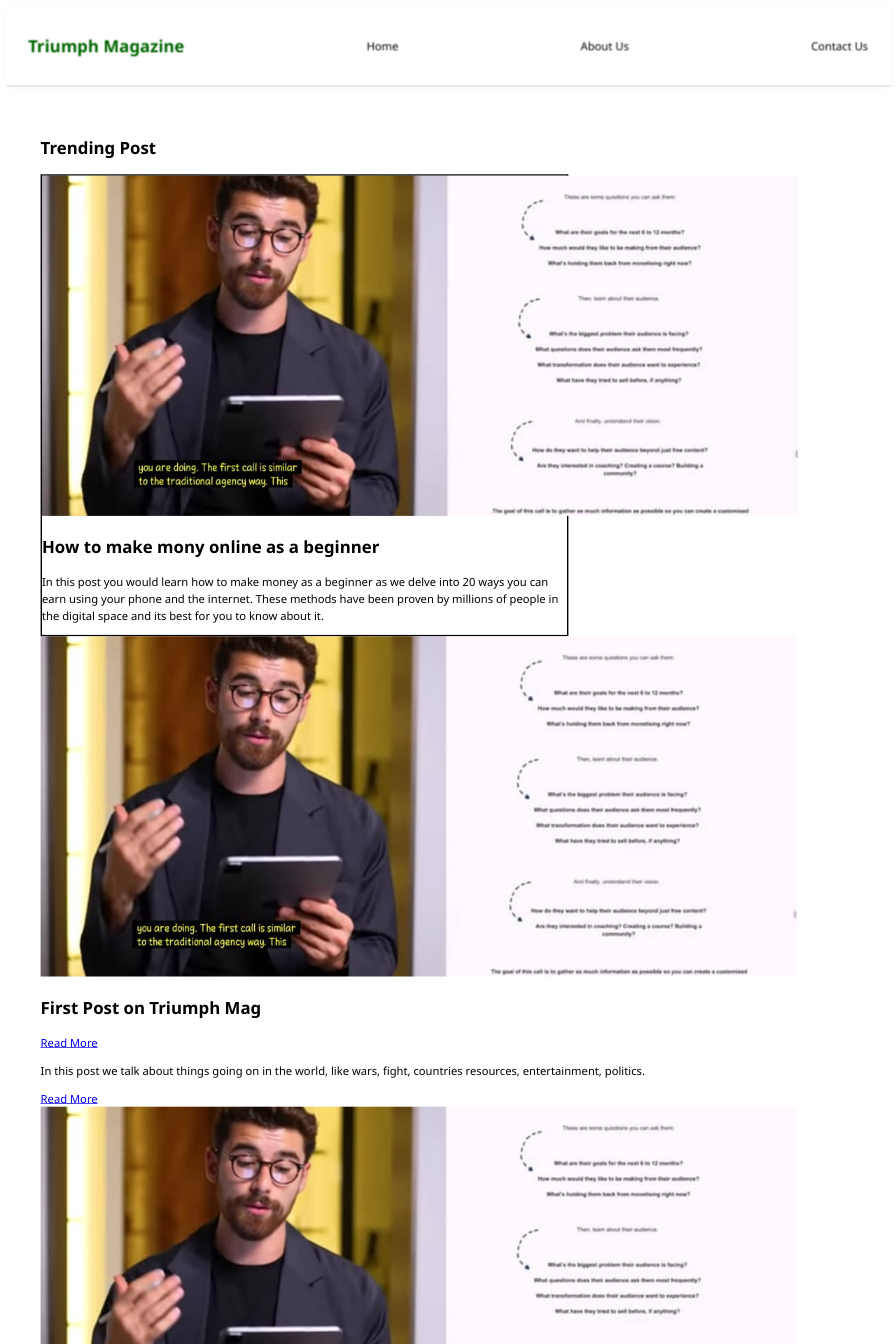
Repository: zikcolle/Triumph-Blog
Page: index.html
The author's editor kept a copy of each file at every save. The page is drawn from the files as they stood at one save, then again after the next save.
The browser window is 1280 px wide. The pictures show the part of the page from y = 0 to 1920 px (the page is 5573 px tall before and 5493 px after), at 70% of full size.

Above is the page before, as saved 2026-06-20 15:38:41.

### index.html
<!DOCTYPE html>
<html lang="en">

<head>
    <meta charset="UTF-8">
    <meta name="viewport" content="width=device-width, initial-scale=1.0">
    <title>Triumph Magazine</title>
    <link rel="stylesheet" href="styles.css">
</head>

<body>
    <header>
        <h2>Triumph Magazine</h2>
            <a href="#">Home</a></li>
            <a href="/about-us">About Us</a>
            <a href="/contact-us">Contact Us</a>
    </header>

    <main>
        <section>
            <div>
                <h2 class="label-post">Trending Post</h2>
            </div>
            <div class="feat-post">
                <img src="simage\postiman.jpeg">
                <h1>How to make mony online as a beginner</h1>
                <p>In this post you would learn how to make money as a beginner as we delve into 20 ways you can earn
                    using your phone and the internet. These methods have been proven by millions of people in the
                    digital space and its best for you to know about it.</p>
            </div>
        </section>

        <section class="post-grid">
            <div class="blog-post">
                <img src="simage\postiman.jpeg">
                <h1>First Post on Triumph Mag</h1><a href="#" class="read-more">Read More</a>
                <p>In this post we talk about things going on in the world, like wars, fight, countries resources,
                    entertainment, politics.</p>
                <a href="#" class="read-more">Read More</a>
            </div>

            <div class="blog-post">
                <img src="simage\postiman.jpeg">
                <h1>Second Post on Triumph Mag</h1>
                <p>In this post we talk about things going on in the world, like wars, fight, countries resources,
                    entertainment, politics.</p>
                <a href="#" class="read-more">Read More</a>
            </div>

            <div class="blog-post">
                <img src="simage\postiman.jpeg">
                <h1>Third Post on Triumph Mag</h1>
                <p>In this post we talk about things going on in the world, like wars, fight, countries resources,
                    entertainment, politics.</p>
                <a href="#" class="read-more">Read More</a>
            </div>

            <div class="blog-post">
                <img src="simage\postiman.jpeg">
                <h1>Fourth Post on Triumph Mag</h1>
                <p>In this post we talk about things going on in the world, like wars, fight, countries resources,
                    entertainment, politics.</p>
                <a href="#" class="read-more">Read More</a>
            </div>

            <div class="blog-post">
                <img src="simage\postiman.jpeg">
                <h1>Fifth Post on Triumph Mag</h1>
                <p>In this post we talk about things going on in the world, like wars, fight, countries resources,
                    entertainment, politics.</p>
                <a href="#" class="read-more">Read More</a>
            </div>

            <div class="blog-post">
                <img src="simage\postiman.jpeg">
                <h1>Sixth Post on Triumph Mag</h1>
                <p>In this post we talk about things going on in the world, like wars, fight, countries resources,
                    entertainment, politics.</p>
                <a href="#" class="read-more">Read More</a>
            </div>

            <div><a href="/blog">View More Posts</a></div>
        </section>

        <section>
            <h2>Related Posts</h2>

            <div class="blog-post">
                <img src="simage\postiman.jpeg">
                <h1><a href="/blog">Sixth Post on Triumph Mag</a></h1>
            </div>
        </section>
    </main>

    <footer>
        <h2>Triumph Magazine</h2>
        <p>© 2026 Triumph Magazine. All rights reserved.</p>
    </footer>

</body>

</html>

### styles.css
body {
    background-color: rgb(255, 255, 255);
    color: rgb(0, 0, 0);
    font-family:'Segoe UI', Tahoma, Geneva, Verdana, sans-serif;
    line-height: 1.5;
}

header {
    position: sticky;
    display: flex;
    justify-content: space-between;
    align-items: center;
    margin: 0 auto;
    max-width: 1200px;
    background-color: rgba(255,255,255,0.92);
    border-bottom: 1px solid rgba(0, 0, 0, 0.213);
    backdrop-filter: blur(20px) saturate(180%);
    -webkit-backdrop-filter: blur(20px) saturate(180%);
    box-shadow: 0 1px 0 rgba(0,0,0,0.04), 0 2px 16px rgba(0,0,0,0.04);
    padding: 1.2rem 2rem;
    top: 0;
    z-index: 100;
    color: rgb(0, 101, 0);
}

header a {
    text-decoration: none;
    color: rgb(0, 0, 0);
}

header a:hover {
    text-decoration: none;
    color: rgb(0, 101, 0);
    text-decoration: underline;
}

main {
    padding: 50px;
}
.feat-post {
    background-color: rgb(255, 255, 255);
    border: 2px solid rgb(0, 0, 0);
    max-width: 750px;
}

.feat-post img {
    max-width: 0 auto;
}

After the next save:
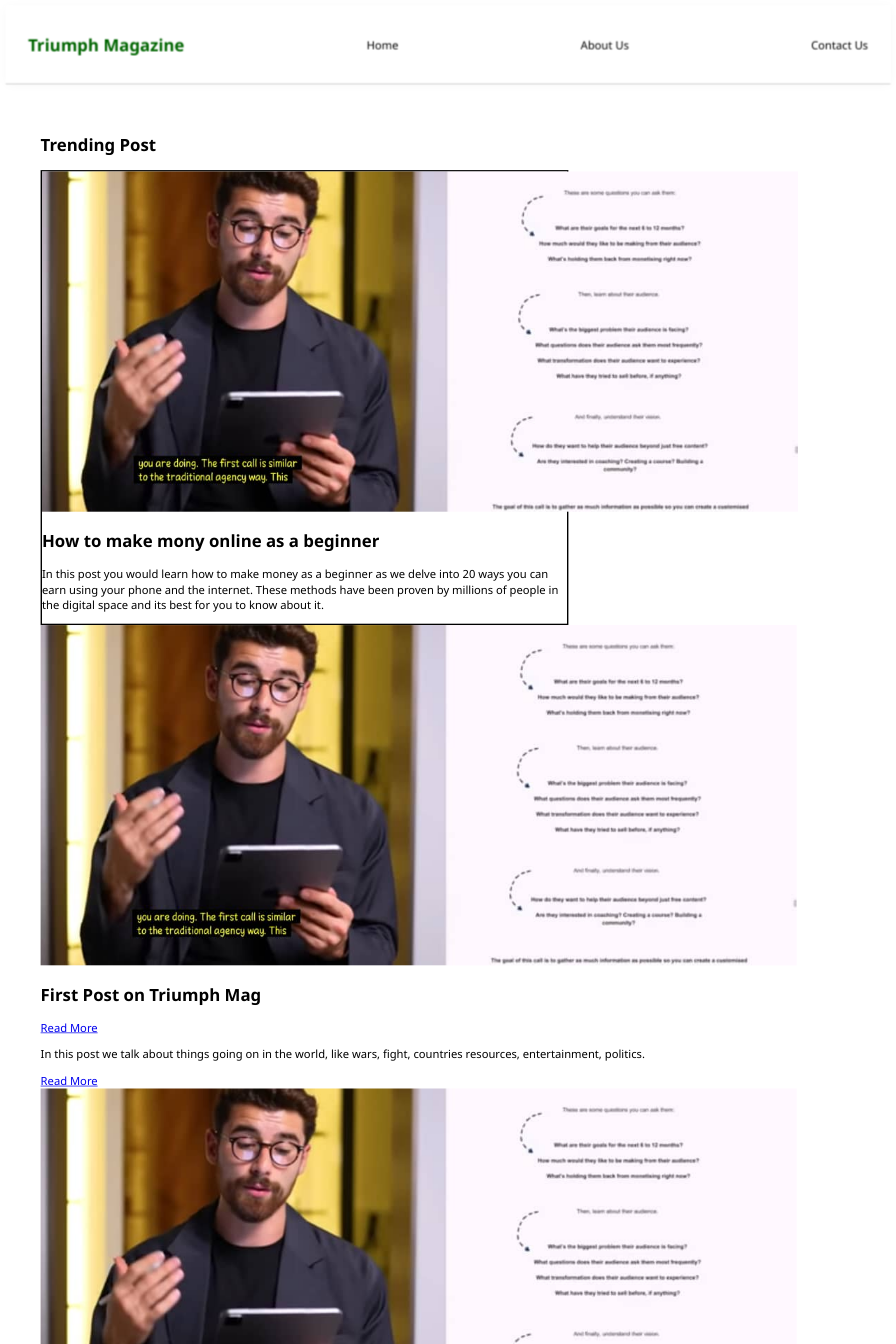
Saved 23 s later.
--- a/styles.css
+++ b/styles.css
@@ -2,7 +2,6 @@ body {
     background-color: rgb(255, 255, 255);
     color: rgb(0, 0, 0);
     font-family:'Segoe UI', Tahoma, Geneva, Verdana, sans-serif;
-    line-height: 1.5;
 }
 
 header {
